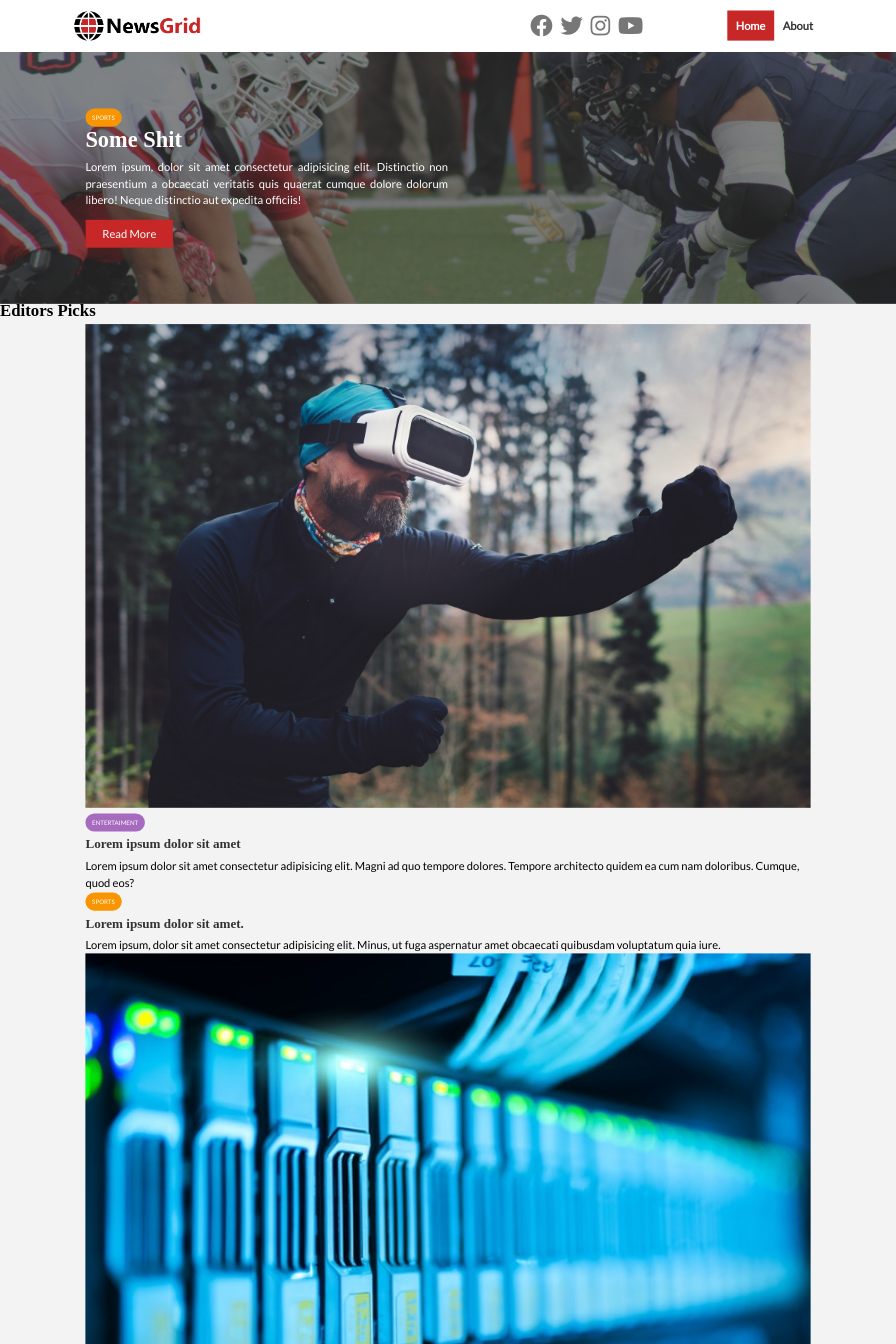
Repository: EswinGiova/NewsGrid
Page: index.html
The author's editor kept a copy of each file at every save. The page is drawn from the files as they stood at one save, then again after the next save.
The browser window is 1280 px wide. The pictures show the part of the page from y = 0 to 1920 px (the page is 4640 px tall before and 4758 px after), at 70% of full size.
Some web libraries are served in a nearby version.

Above is the page before, as saved 2020-09-19 20:34:49.

### index.html
<!DOCTYPE html>
<html lang="en">
  <head>
    <meta charset="UTF-8" />
    <meta name="viewport" content="width=device-width, initial-scale=1.0" />
    <link rel="shortcut icon" type="image/x-icon" href="favicon.ico" />
    <link
      href="https://fonts.googleapis.com/css2?family=Lato&family=Staatliches&display=swap"
      rel="stylesheet"
    />
    <link rel="stylesheet" href="./css/style.css" />
    <link
      rel="stylesheet"
      media="screen and (max-width: 768px)"
      href="./css/mobile.css"
    />

    <link
      rel="stylesheet"
      href="https://cdnjs.cloudflare.com/ajax/libs/font-awesome/5.14.0/css/all.min.css"
      integrity="sha512-1PKOgIY59xJ8Co8+NE6FZ+LOAZKjy+KY8iq0G4B3CyeY6wYHN3yt9PW0XpSriVlkMXe40PTKnXrLnZ9+fkDaog=="
      crossorigin="anonymous"
    />

    <title>NewsGrid | Latest News</title>
  </head>
  <body>
    <nav id="main-nav">
      <div class="container">
        <img src="./image_resources/logo.png" alt="" class="logo" />
        <div class="social">
          <a href="#" target="_blank"><i class="fab fa-facebook fa-2x"></i></a>
          <a href="#" target="_blank"><i class="fab fa-twitter fa-2x"></i></a>
          <a href="#" target="_blank"><i class="fab fa-instagram fa-2x"></i></a>
          <a href="#" target="_blank"><i class="fab fa-youtube fa-2x"></i></a>
        </div>
        <ul>
          <li><a href="#" class="current">Home</a></li>
          <li><a href="#">About </a></li>
        </ul>
      </div>
    </nav>

    <header id="showcase">
      <div class="container">
        <div class="showcase-container">
          <div class="showcase-content">
            <div class="category category-sports">Sports</div>
            <h1>Some Shit</h1>
            <p>
              Lorem ipsum, dolor sit amet consectetur adipisicing elit.
              Distinctio non praesentium a obcaecati veritatis quis quaerat
              cumque dolore dolorum libero! Neque distinctio aut expedita
              officiis!
            </p>
            <a href="./article.html" class="btn btn-primary">Read More </a>
          </div>
        </div>
      </div>
    </header>
    <!-- Hombe articles -->

    <section id="home-articles" class="py-2">
      <h2>Editors Picks</h2>

      <div class="container">
        <article class="card">
          <img src="./image_resources/articles/ent1.jpg" alt="" />
          <div>
            <div class="category category-ent">Entertaiment</div>
            <h3>
              <a href="./article.html">Lorem ipsum dolor sit amet</a>
            </h3>
            <p>
              Lorem ipsum dolor sit amet consectetur adipisicing elit. Magni ad
              quo tempore dolores. Tempore architecto quidem ea cum nam
              doloribus. Cumque, quod eos?
            </p>
          </div>
        </article>
        <article class="card">
          <div class="category category-sports">Sports</div>
          <h3>
            <a href="./article.html">Lorem ipsum dolor sit amet.</a>
          </h3>
          <p>
            Lorem ipsum, dolor sit amet consectetur adipisicing elit. Minus, ut
            fuga aspernatur amet obcaecati quibusdam voluptatum quia iure.
          </p>
        </article>

        <article class="card">
          <img src="./image_resources/articles/tech1.jpg" alt="" />
          <div class="category category-tech">Technology</div>
          <h3><a href="./article.html">Lorem ipsum dolor sit amet.</a></h3>
          <p>
            Lorem ipsum, dolor sit amet consectetur adipisicing elit. Vitae
            commodi incidunt minus eveniet eaque saepe voluptates ducimus
            voluptas itaque.
          </p>
        </article>

        <article class="card">
          <div class="category category-sports">Sports</div>
          <h3>
            <a href="./article.html">Sports</a>
          </h3>
          <p>
            Lorem ipsum dolor sit amet, consectetur adipisicing elit. Omnis aut
            optio magni neque consequuntur exercitationem ipsum explicabo quam
            reprehenderit facere.
          </p>
          <img src="./image_resources/articles/sports1.jpg" alt="" />
        </article>

        <article class="card">
          <img src="./image_resources/articles/tech2.jpg" alt="" />
          <div class="category category-tech">Technology</div>
          <h3><a href="./article.html">Technology</a></h3>
          <p>
            Lorem ipsum dolor sit amet consectetur, adipisicing elit. Saepe
            praesentium numquam nemo porro aspernatur vitae.
          </p>
        </article>
        <article class="card">
          <div class="category category-sports">Sports</div>
          <h3>
            <a href="./article.html"
              >Lorem ipsum, dolor sit amet consectetur adipisicing elit.
              Officiis.</a
            >
          </h3>
          <p>
            Lorem ipsum dolor sit, amet consectetur adipisicing elit. Laudantium
            adipisci sequi minima a deleniti obcaecati quo error molestiae
            perspiciatis sapiente, ipsa totam? Animi quae consequatur, eveniet
            adipisci doloribus autem molestias.
          </p>
        </article>

        <article class="card">
          <div>
            <div class="category category-ent">Entertaimnet</div>
            <h3>
              <a href="./article.html"
                >Lorem ipsum dolor sit amet consectetur.</a
              >
            </h3>
            <p>
              Lorem ipsum dolor sit amet consectetur adipisicing elit. Modi, ut?
            </p>
          </div>
          <img src="./image_resources/articles/ent2.jpg" alt="" />
        </article>
      </div>
    </section>
  </body>
</html>

### css/style.css
:root {
  --primary-color: #c72727;
  --secondary-color: #f99500;
  --light-color: #f3f3f3;
  --dark-color: #333;
  --max-width: 1100px;
}

.category {
  --sports-color: #f99500;
  --ent-color: #a66bbe;
  --tech-color: #009cff;
}
* {
  margin: 0;
  padding: 0;
  box-sizing: border-box;
}
body {
  font-family: 'Lato', sans-serif;
  line-height: 1.5;
  background: var(--light-color);
}

a {
  color: var(--dark-color);
  text-decoration: none;
}

ul {
  list-style: none;
}

img {
  width: 100%;
}

h1,
h2,
h3,
h4,
h5,
h6 {
  font-family: 'Staaliches', cursive;
  margin-bottom: 0.55rem;
  line-height: 1.3rem;
}

/*  utility class */

.container {
  max-width: var(--max-width);
  margin: auto;
  padding: 0 2rem;
  overflow: hidden;
}

/* category */

.category {
  display: inline-block;
  color: #fff;
  font-size: 0.55rem;
  text-transform: uppercase;
  padding: 0.4rem 0.6rem;
  border-radius: 15px;
  margin-bottom: 0.5rem;
}

.category-sports {
  background: var(--sports-color);
}
.category-ent {
  background: var(--ent-color);
}
.category-tech {
  background: var(--tech-color);
}

/* btn */

.btn {
  display: inline-block;
  border: none;
  background: var(--dark-color);
  color: #fff;
  padding: 0.5rem 1.5rem;
}

.btn-light {
  background: var(--light-color);
}
.btn-primary {
  background: var(--primary-color);
}
.btn-secondary {
  background: var(--secondary-color);
}
.btn:hover {
  opacity: 0.8;
}

.btn-block {
  display: block;
  width: 100%;
  text-align: center;
}

/* Navigation */
#main-nav {
  background: #fff;
  position: sticky;
  top: 0;
  z-index: 2;
}

#main-nav .container {
  display: grid;
  grid-template-columns: 6fr 3fr 2fr;
  padding: 1rem;
  align-items: center;
}

#main-nav .logo {
  width: 180px;
}

#main-nav ul {
  display: flex;
  justify-self: end;
}

#main-nav ul li a {
  padding: 0.77rem;
  font-weight: bold;
}

#main-nav ul li .current {
  background: var(--primary-color);
  color: white;
}

#main-nav ul li .current:hover {
  background: var(--light-color);
  color: var(--dark-color);
}
#main-nav .social {
  justify-self: center;
}

#main-nav .social i {
  color: #777;
  margin-left: 0.5rem;
}

/* showcase */
#showcase {
  background: #333;
  color: #fff;
  position: relative;
}

#showcase:before {
  content: '';
  background: url('../image_resources/featured.jpg') center center/cover;
  position: absolute;
  top: 0;
  left: 0;
  width: 100%;
  height: 100%;
  opacity: 0.4;
}
#showcase .showcase-container {
  height: 50vh;
  display: grid;
  grid-template-columns: repeat(2, 1fr);
  justify-content: center;
  align-content: center;
}
#showcase .showcase-container .showcase-content {
  z-index: 2;
  text-align: justify;
}
#showcase .showcase-container .showcase-content p {
  margin: 1rem 0;
}

Loaded but not shown: css/mobile.css (no copy from this time; the picture is the same without it)

After the next save:
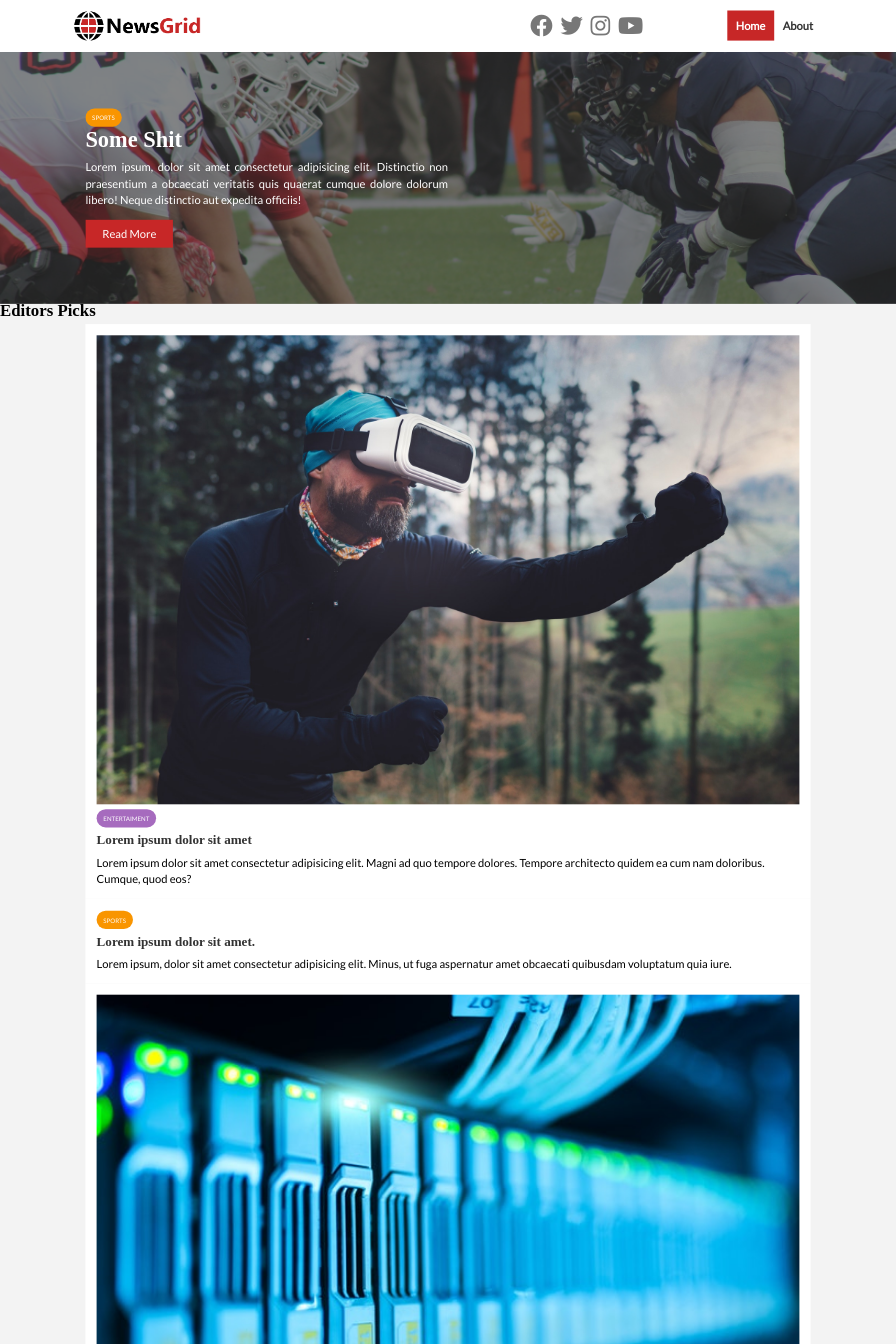
Saved 3 min 28 s later.
--- a/css/style.css
+++ b/css/style.css
@@ -106,6 +106,13 @@ h6 {
   text-align: center;
 }
 
+/* cards */
+
+.card {
+  background: white;
+  padding: 1rem;
+}
+
 /* Navigation */
 #main-nav {
   background: #fff;
@@ -184,3 +191,4 @@ h6 {
 #showcase .showcase-container .showcase-content p {
   margin: 1rem 0;
 }
+/*  */
